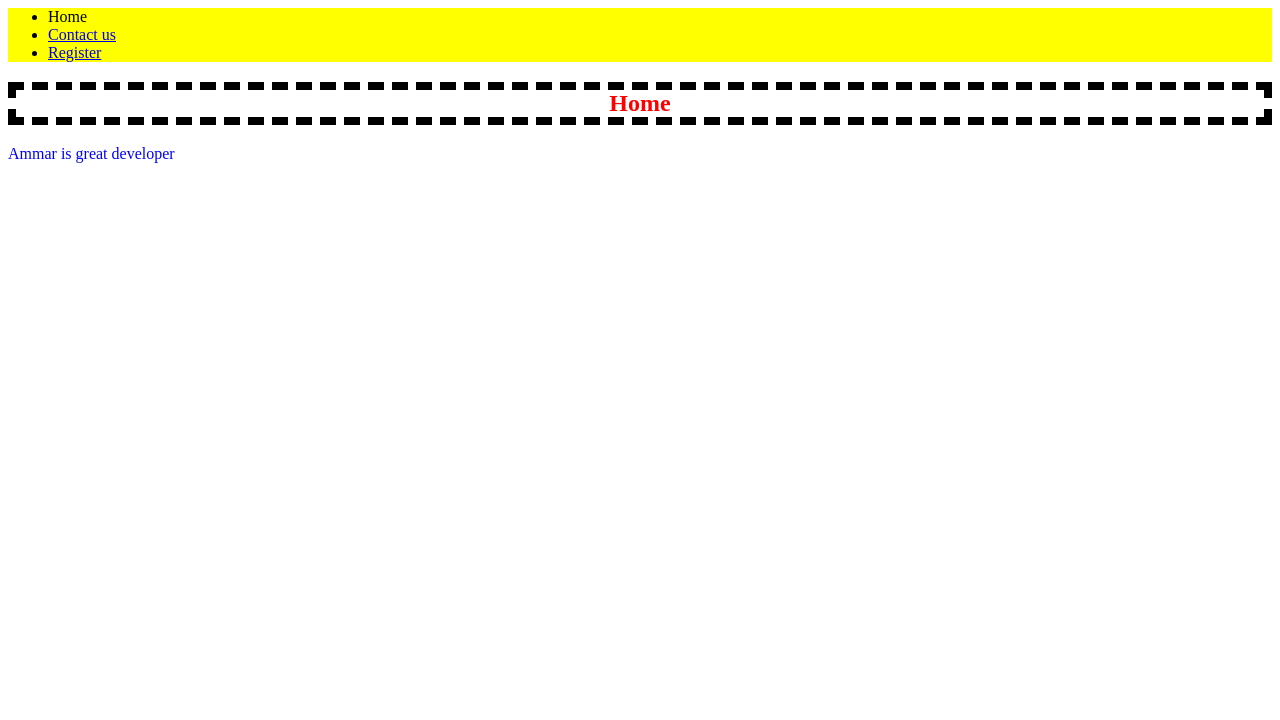
Repository: engammar111/css
Page: index.html
The author's editor kept a copy of each file at every save. The page is drawn from the files as they stood at one save, then again after the next save.
The browser window is 1280 px wide. The pictures show the whole page.

Above is the page before, as saved 2021-07-31 16:06:59.

After the next save:
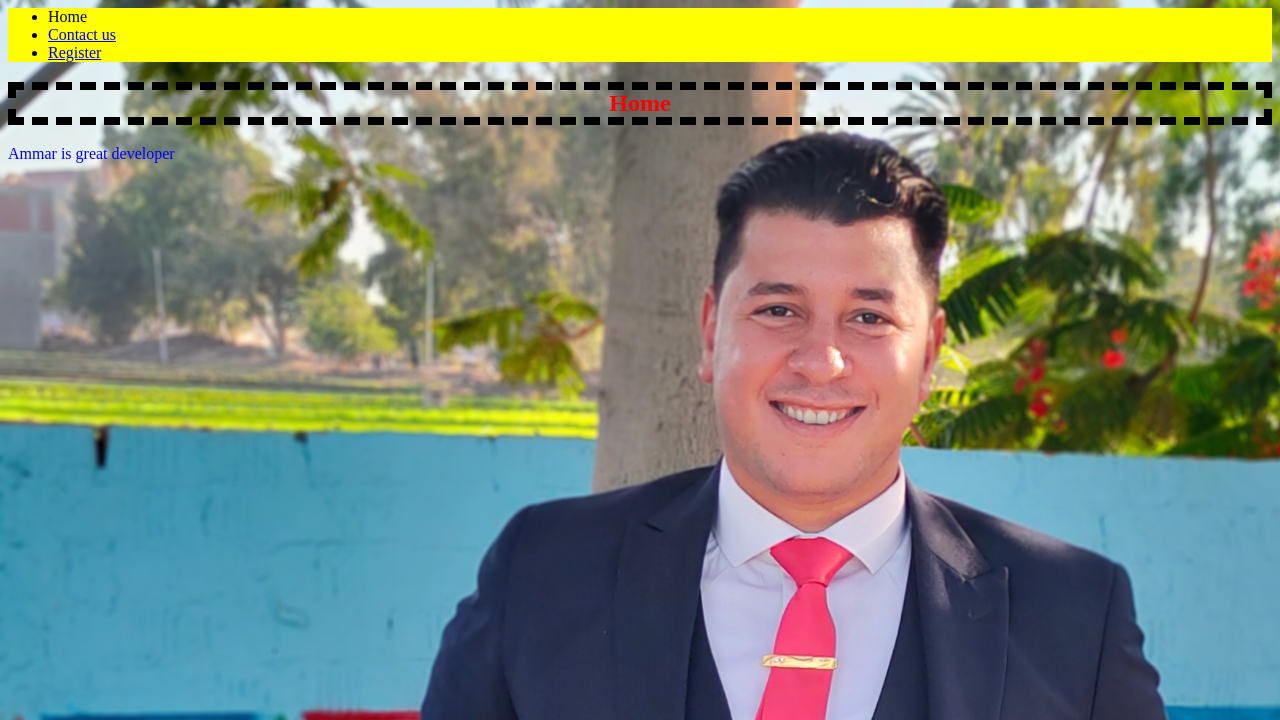
Saved 70 s later.
--- a/style.css
+++ b/style.css
@@ -1,6 +1,10 @@
 /* Selector {
     property : value;
 } */
+
+body {
+  background-image: url(myimage.jpg);
+}
 
 header {
   background-color: yellow;
